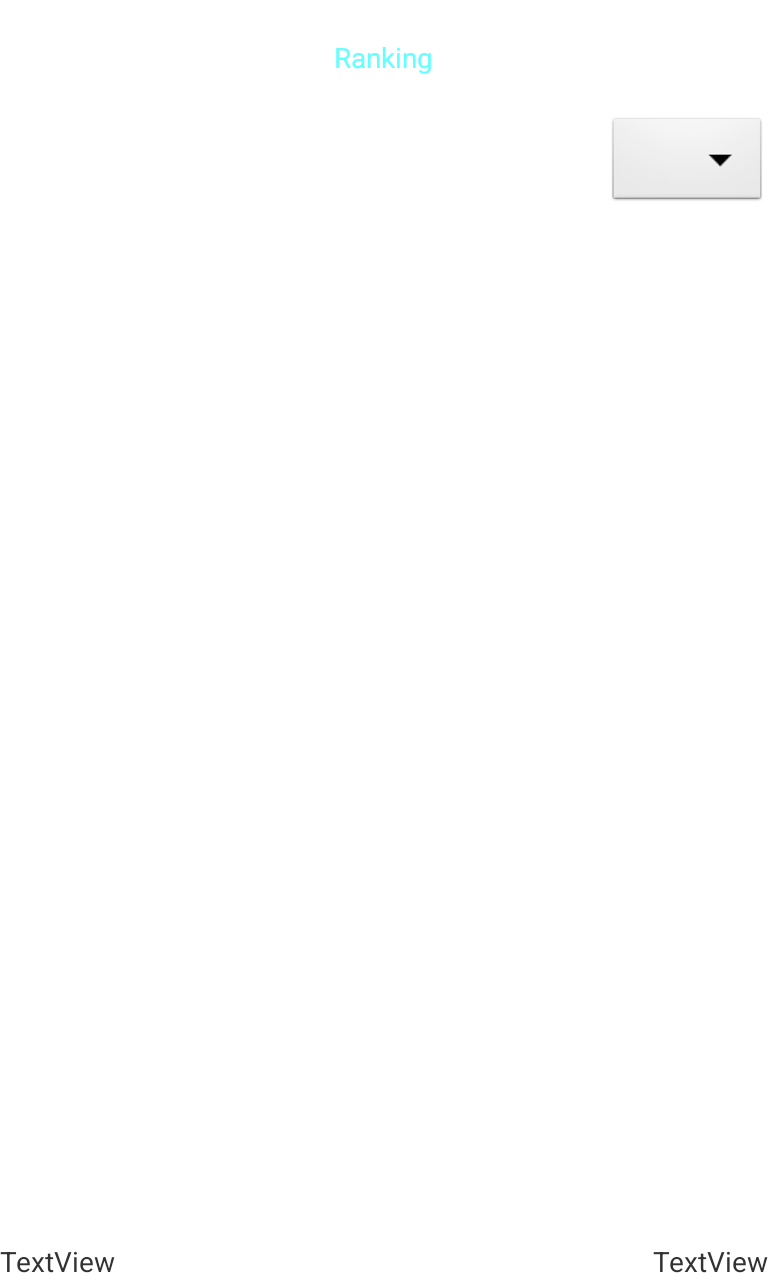
Repository: zwycid/dimension-drive-downside
Layout: lk/gameUIDesign/res/layout/ranking.xml
These files come from the project's save history. The layout is drawn as it stood at one moment and after the next save; the edit follows.
It is drawn on a 768 x 1280 px phone screen (xhdpi) without system bars, with theme AppTheme; the app's code is not run. Lists and similar views that code fills are empty.

Above is the layout before, as saved 2012-07-11 14:29:14.

### lk/gameUIDesign/res/layout/ranking.xml
<?xml version="1.0" encoding="utf-8"?>
<RelativeLayout xmlns:android="http://schemas.android.com/apk/res/android"
    android:layout_width="match_parent"
    android:layout_height="match_parent" >

    <TextView
        android:id="@+id/blankViewRanking0"
        style="@style/blankView"
        android:layout_alignParentTop="true"
        android:layout_centerHorizontal="true" />

    <TextView
        android:id="@+id/textViewTitleRanking"
        style="@style/TitleText"
        android:layout_below="@+id/blankViewRanking0"
        android:layout_centerHorizontal="true"
        android:text="@string/Ranking" />

    <TextView
        android:id="@+id/blankViewRanking1"
        style="@style/blankView"
        android:layout_alignLeft="@+id/textViewTitleRanking"
        android:layout_below="@+id/textViewTitleRanking" />

    <Spinner
        android:id="@+id/spinnerStage"
        android:layout_width="wrap_content"
        android:layout_height="wrap_content"
        android:layout_alignParentRight="true"
        android:layout_below="@+id/blankViewRanking1"
        android:prompt="@string/STAGE" />

    <TextView
        android:id="@+id/textViewButtonSwap"
        style="@style/ButtonText"
        android:layout_below="@+id/blankView5"
        android:layout_alignParentLeft="true" />

    <TextView
        android:id="@+id/textViewButtonReset"
        style="@style/ButtonText"
        android:layout_below="@+id/blankView5"
        android:layout_alignParentRight="true"
        android:text="@string/reset" />

    <ViewFlipper
        android:id="@+id/viewFlipperForListView"
        android:layout_width="wrap_content"
        android:layout_height="wrap_content"
        android:layout_below="@+id/spinnerStage"
        android:layout_centerHorizontal="true" >

        <ListView
            android:id="@+id/listViewTotalRanking"
            android:layout_width="match_parent"
            android:layout_height="wrap_content" >
        </ListView>

        <ListView
            android:id="@+id/listViewStageRanking"
            android:layout_width="match_parent"
            android:layout_height="wrap_content" >
        </ListView>
    </ViewFlipper>

    <TextView
        android:id="@+id/blankView4"
        android:layout_width="wrap_content"
        android:layout_height="wrap_content"
        android:layout_alignParentBottom="true"
        android:layout_alignParentRight="true"
        android:text="TextView" />

    <TextView
        android:id="@+id/blankView5"
        android:layout_width="wrap_content"
        android:layout_height="wrap_content"
        android:layout_alignParentBottom="true"
        android:layout_alignParentLeft="true"
        android:text="TextView" />

</RelativeLayout>

### lk/gameUIDesign/res/values/strings.xml
<resources>

    <string name="app_name">ITProject-gameUIDesign</string>
    <string name="menu_settings">Settings</string>
    <string name="title_activity_main">gameUIDesign</string>
    <string name="gameTitle">Sailing Text</string>
    <string name="Startgame">Start Game</string>
    <string name="Ranking">Ranking</string>
    <string name="Option">Option</string>
    <string name="TotalRanking">Total Ranking</string>
    <string name="StageRanking">Stage Ranking</string>
    <string name="reset">RESET</string>
    <string name="STAGE">STAGE</string>
    <string name="blank">blank</string>

</resources>

Loaded but not shown: lk/gameUIDesign/res/values/styles.xml (common file)

After the next save:
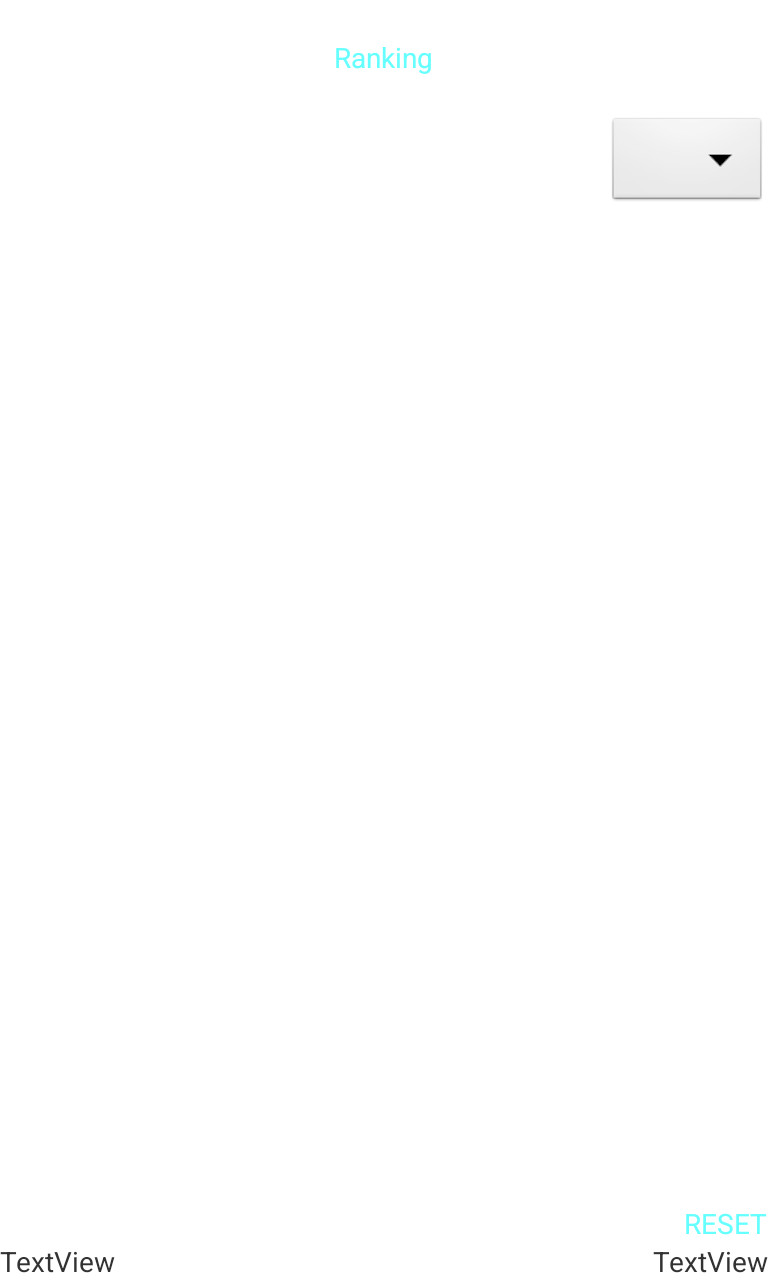
Saved 39 s later.
--- a/lk/gameUIDesign/res/layout/ranking.xml
+++ b/lk/gameUIDesign/res/layout/ranking.xml
@@ -33,13 +33,13 @@
     <TextView
         android:id="@+id/textViewButtonSwap"
         style="@style/ButtonText"
-        android:layout_below="@+id/blankView5"
+        android:layout_above="@+id/blankView5"
         android:layout_alignParentLeft="true" />
 
     <TextView
         android:id="@+id/textViewButtonReset"
         style="@style/ButtonText"
-        android:layout_below="@+id/blankView5"
+        android:layout_above="@+id/blankView4"
         android:layout_alignParentRight="true"
         android:text="@string/reset" />
 
